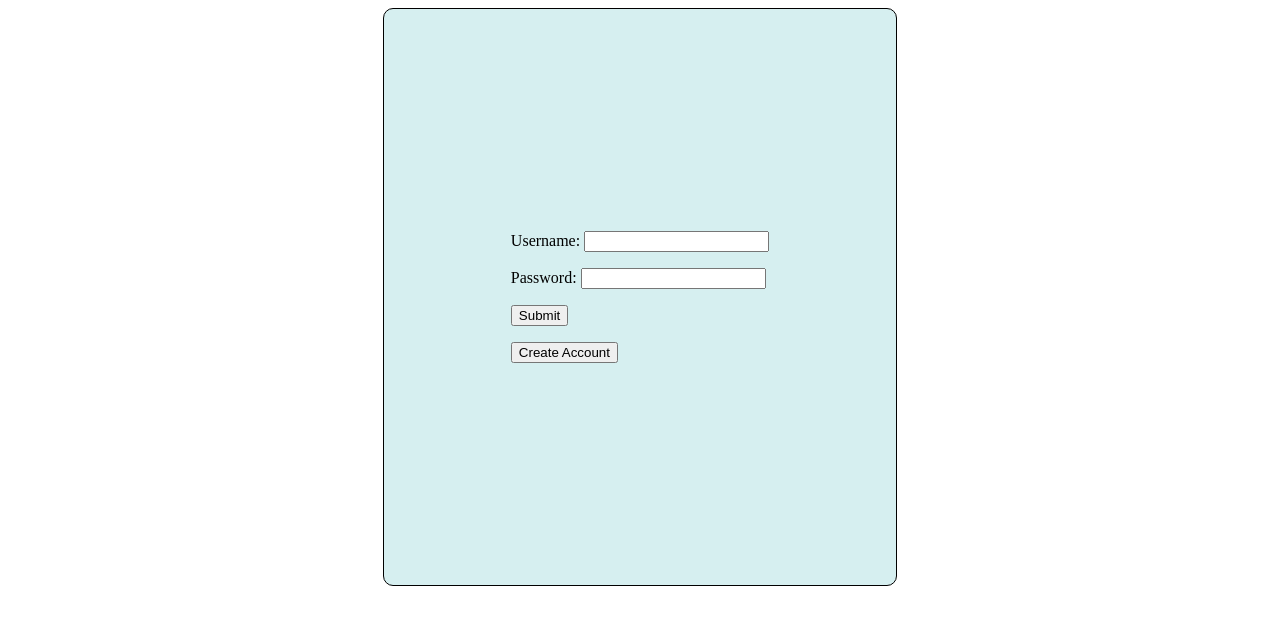
Repository: Jtho28/4830-group-project
Page: Esports-webproj/src/main/webapp/WEB-INF/Login.html
An editor plug-in stored every save of this project. The page is shown before and after the next save, followed by the edit.
The browser window is 1280 px wide. The pictures show the whole page.

Above is the page before, as saved 2022-11-16 20:47:14.

### Esports-webproj/src/main/webapp/WEB-INF/Login.html
<!DOCTYPE html>
<html>
<head>
<meta charset="UTF-8">
<title>Login</title>
<link rel="stylesheet" href="login.css">
</head>
<body>
<div class="login">
<form action="Login" method="post">
<p>Username: <input type="text" name="username" /></p>
<p>Password: <input type="password" name="password" /></p>
<p><input type="submit" /></p>
<p><button type="button">
Create Account
</button>
</form>
</div>
</body>
</html>

### Esports-webproj/src/main/webapp/WEB-INF/login.css
@charset "UTF-8";

body {
	display: flex;
	align-items: center;
	justify-content: center;

}

.login {
	height: 80vh;
	width: 40vw;
	display: flex;
	align-items: center;
	justify-content: center;
	border: 1px solid black;
	border-radius: 10px;
	background: rgba(50, 176, 181, .2);
}

h1 {
	color: yellow;
	margin-left: 20px;
}

After the next save:
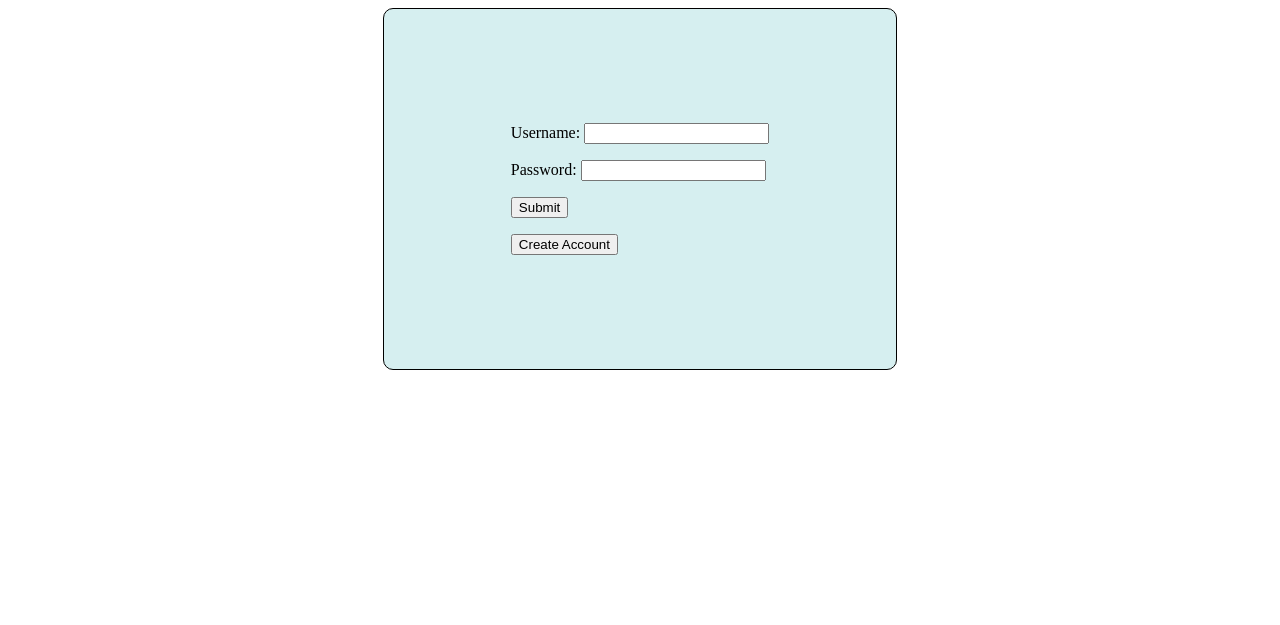
Saved 6 s later.
--- a/Esports-webproj/src/main/webapp/WEB-INF/login.css
+++ b/Esports-webproj/src/main/webapp/WEB-INF/login.css
@@ -8,7 +8,7 @@ body {
 }
 
 .login {
-	height: 80vh;
+	height: 50vh;
 	width: 40vw;
 	display: flex;
 	align-items: center;
